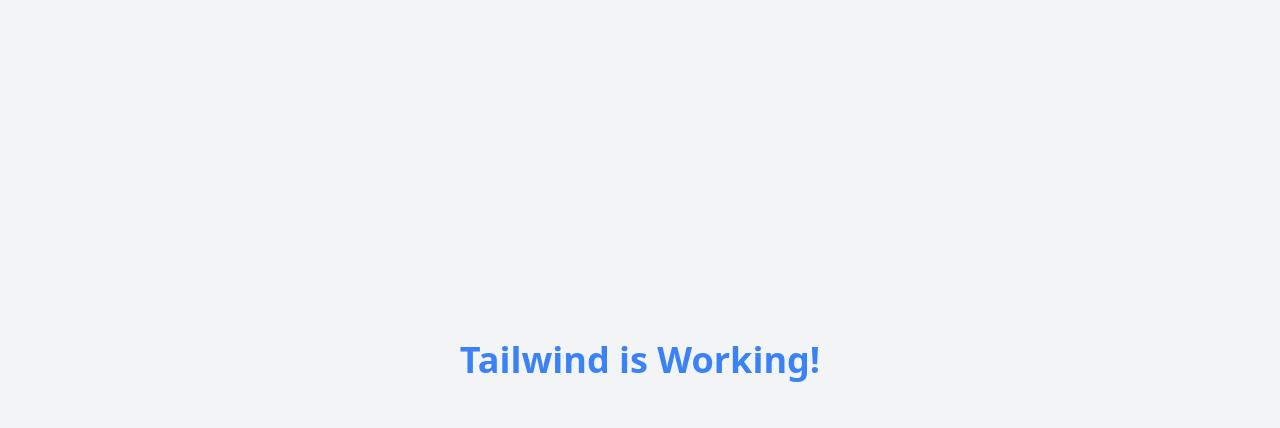
Repository: TalalAhmed011/My-portfolio
Page: /
These files come from the project's save history. The page is drawn as it stood at one moment and after the next save; the edit follows.
The browser window is 1280 px wide. The pictures show the whole page.
The project was rebuilt for these pictures with package versions that can differ from the ones it lists, and the page was loaded fresh each time. Also part of the build but not shown: vite.config.js.

Above is the page before, as saved 2025-08-02 04:28:19.

### src/main.jsx
import React from 'react'
import ReactDOM from 'react-dom/client'
import App from './App.jsx'
import './index.css'  // <-- required!

ReactDOM.createRoot(document.getElementById('root')).render(
  <React.StrictMode>
    <App />
  </React.StrictMode>
)

### src/App.jsx
export default function App() {
  return (
    <div className="h-screen flex items-center justify-center bg-gray-100">
      <h1 className="text-4xl font-bold text-blue-500">
        Tailwind is Working!
      </h1>
    </div>
  );
}

Loaded but not shown: index.html (common file); src/index.css (common file); tailwind.config.js (common file)

After the next save:
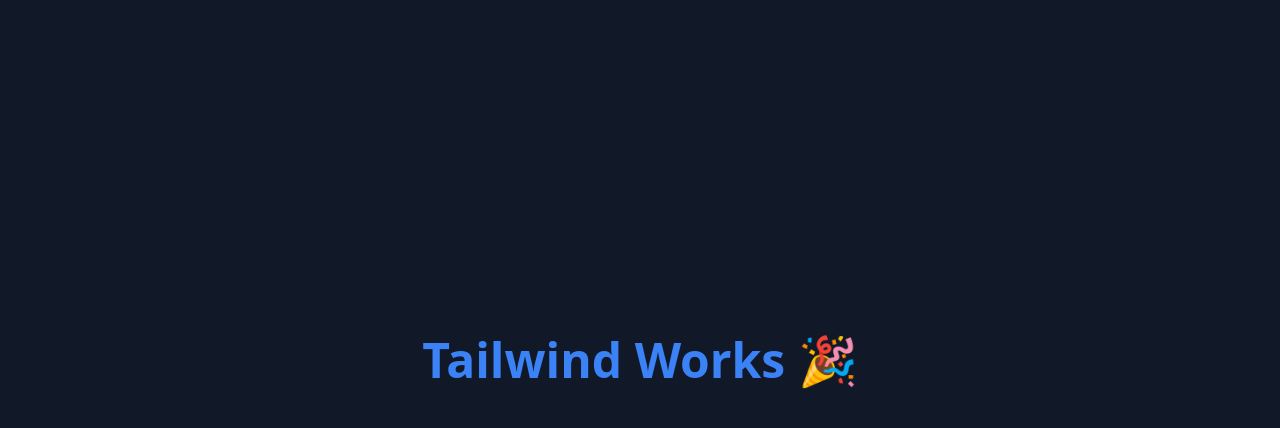
Saved 2 min 28 s later.
--- a/src/App.jsx
+++ b/src/App.jsx
@@ -1,9 +1,7 @@
 export default function App() {
   return (
-    <div className="h-screen flex items-center justify-center bg-gray-100">
-      <h1 className="text-4xl font-bold text-blue-500">
-        Tailwind is Working!
-      </h1>
+    <div className="h-screen flex justify-center items-center bg-gray-900">
+      <h1 className="text-5xl font-bold text-blue-500">Tailwind Works 🎉</h1>
     </div>
-  );
+  )
 }
